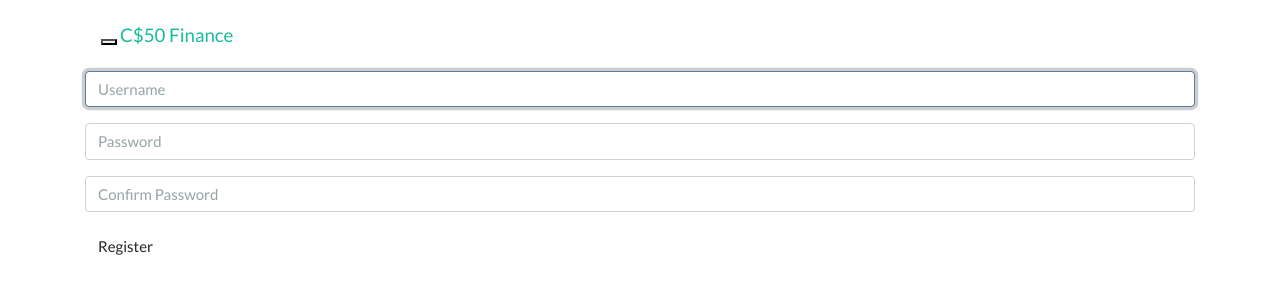
Repository: Insiyaa/WMP-CS50-Insiyaa
Page: http://localhost/change
The author's editor kept a record of every edit. The page is drawn from the files as they stood at one moment, then again after the next edit.
The browser window is 1280 px wide. The pictures show the whole page.
Some web libraries are served in a nearby version. The page is served by the project's application, run on Flask 3 (pset7/finance/application.py). The session is filled in as if someone had signed in: {"user_id": 1}.

Above is the page before.
Console error (its wording comes from the project's code and is left out).

After the next edit:
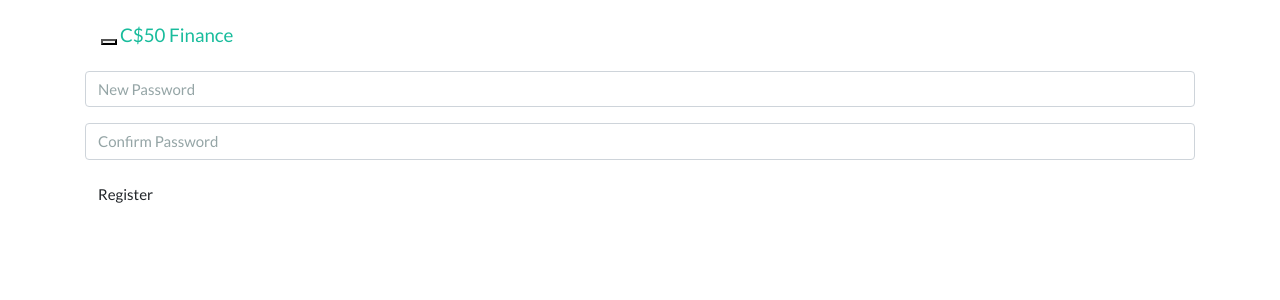
The edit:
--- a/pset7/finance/templates/change.html
+++ b/pset7/finance/templates/change.html
@@ -8,10 +8,7 @@
     <form action="{{ url_for('change') }}" method="post">
         <fieldset>
             <div class="form-group">
-                <input autocomplete="off" autofocus class="form-control" name="username" placeholder="Username" type="text"/>
-            </div>
-            <div class="form-group">
-                <input class="form-control" name="password" placeholder="Password" type="password"/>
+                <input class="form-control" name="password" placeholder="New Password" type="password"/>
             </div>
             <div class="form-group">
                 <input class="form-control" name="passwordConf" placeholder="Confirm Password" type="password"/>
